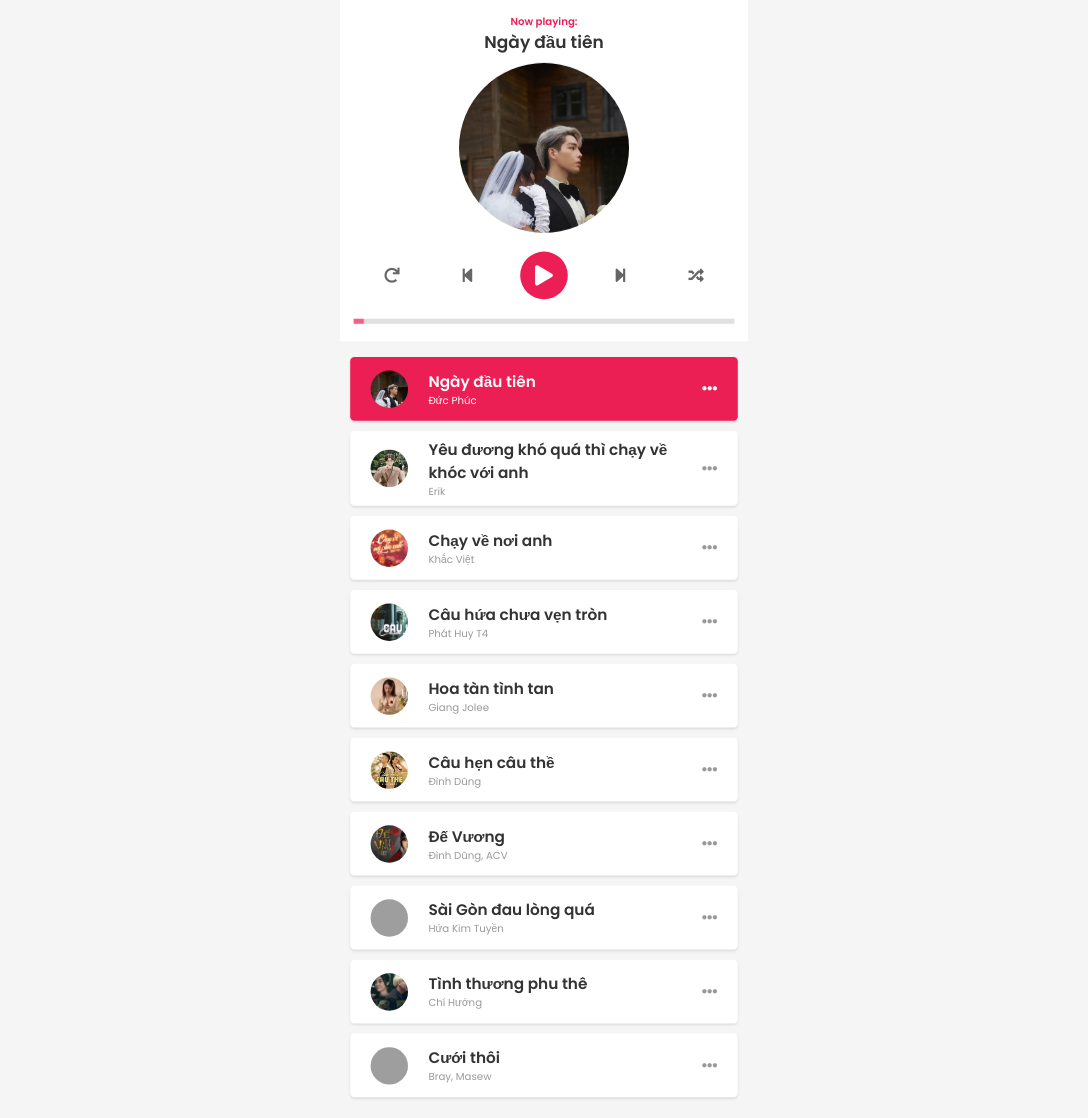
Repository: KienCao2000/demo-music
Page: index.html
An editor plug-in stored every save of this project. The page is shown before and after the next save, followed by the edit.
The browser window is 1280 px wide. The pictures show the whole page, at 85% of full size.
Pictures or frames that could not be fetched are drawn as grey boxes.

Above is the page before, as saved 2022-02-26 09:17:42.

After the next save:
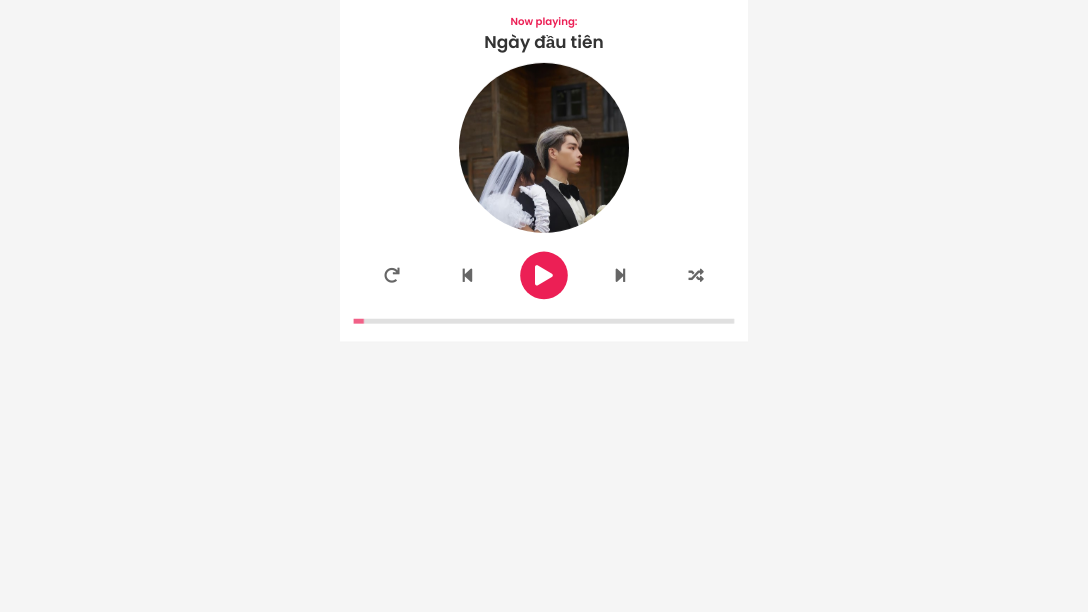
Console error: TypeError: Cannot set properties of null (setting 'innerHTML')
Saved 2 min 59 s later.
--- a/index.html
+++ b/index.html
@@ -84,6 +84,7 @@
         const prevBtn = $('.btn-prev')
         const randomBtn = $('.btn-random')
         const repeatBtn = $('.btn-repeat')
+        const playlist = $('playlist')
 
         // render
         const app = {
@@ -169,7 +170,7 @@
               </div>
               `
             })
-            $('.playlist').innerHTML = htmls.join('')
+            playlist.innerHTML = htmls.join('')
           },
           defineProperties: function() {
             Object.defineProperty(this, 'currentSong', {

After the save that followed:
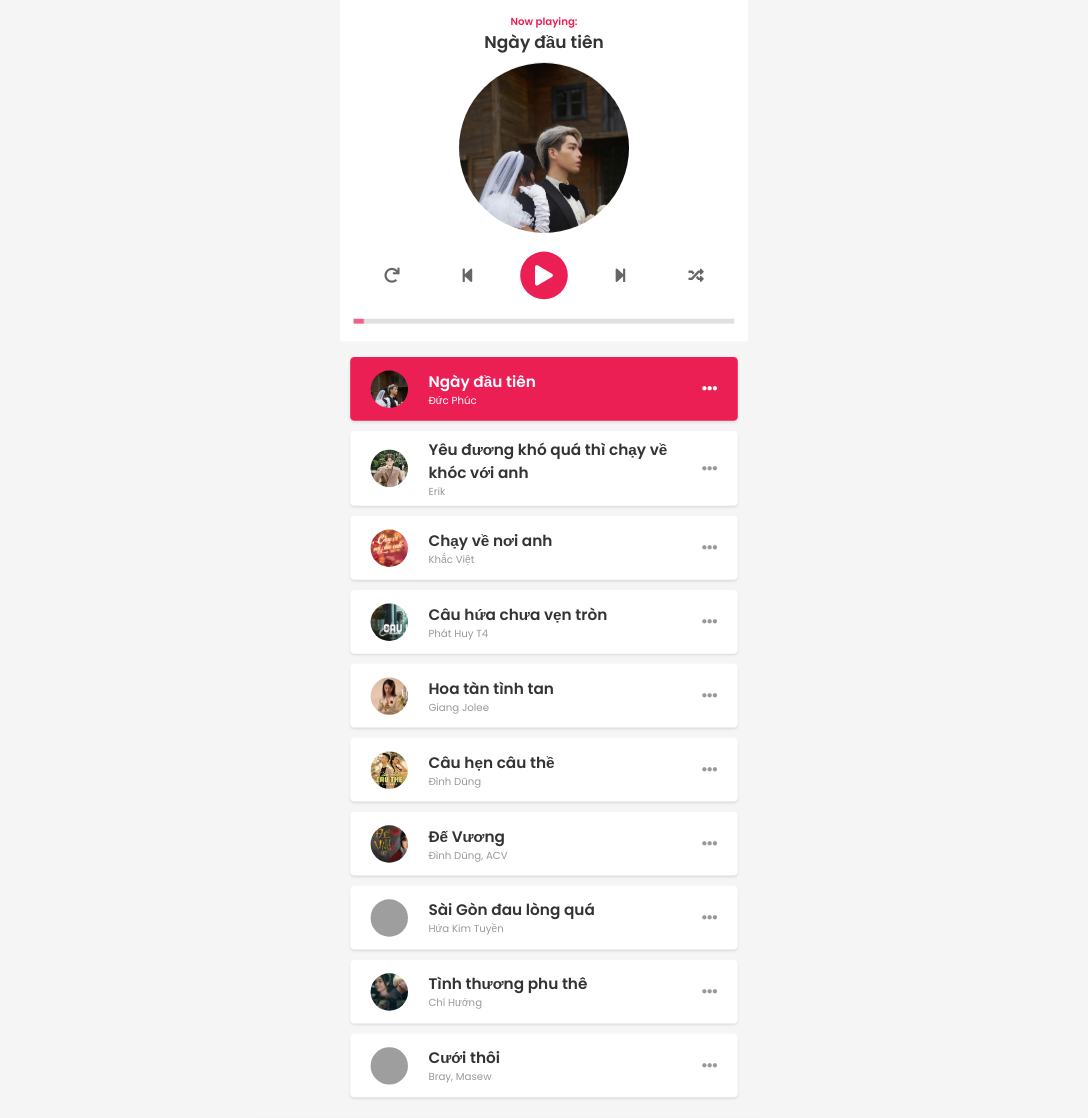
The error is gone.
Saved 13 s later.
--- a/index.html
+++ b/index.html
@@ -84,7 +84,7 @@
         const prevBtn = $('.btn-prev')
         const randomBtn = $('.btn-random')
         const repeatBtn = $('.btn-repeat')
-        const playlist = $('playlist')
+        const playlist = $('.playlist')
 
         // render
         const app = {
